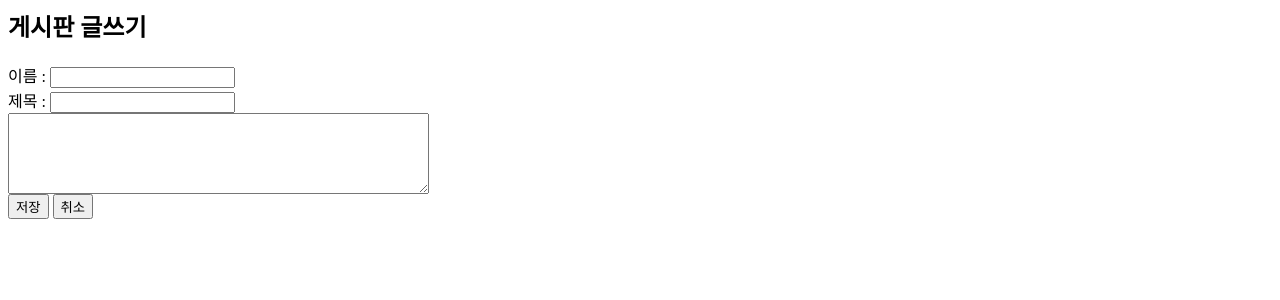
Repository: daelong/WebProject
Page: http://localhost/webproject/QnABoard.jsp
These files come from the project's save history. The page is drawn as it stood at one moment and after the next save; the edit follows.
The browser window is 1280 px wide. The pictures show the whole page.
The page is served by Tomcat 9. Other server files are loaded and not shown.

Above is the page before, as saved 2019-04-02 08:26:31.

### webproject/WebContent/QnABoard.jsp
<%@ page contentType="text/html; charset=EUC-KR"%>
<html>
<head>
<meta charset="EUC-KR">
<title>QnA게시판</title>
</head>
<body>
	<h2>게시판 글쓰기</h2>
		<form action=QnAPost.jsp method=post>
			이름 : <input type=text name=NAME><br>
			제목 : <input type=text name=TITLE><br>
			<textarea rows="5" cols="50" name=CONTENT></textarea><br>
			<input type=submit value='저장'>
			<input type=reset value='취소'>
		</form>
</body>
</html>

After the next save:
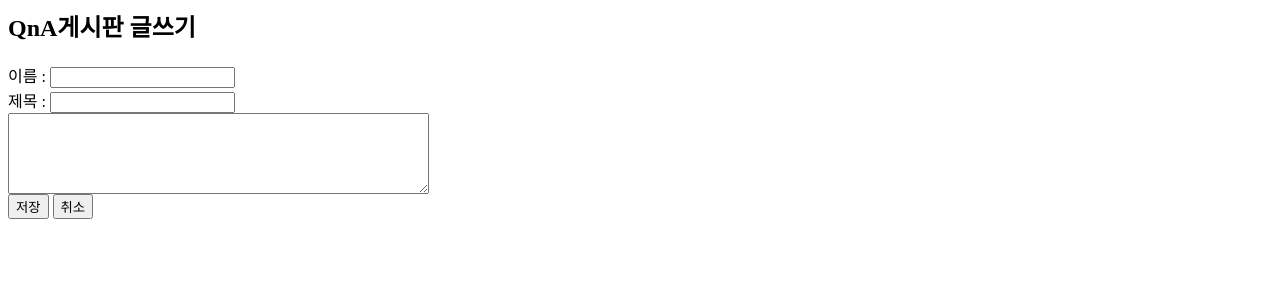
Saved 58 s later.
--- a/webproject/WebContent/QnABoard.jsp
+++ b/webproject/WebContent/QnABoard.jsp
@@ -5,7 +5,7 @@
 <title>QnA게시판</title>
 </head>
 <body>
-	<h2>게시판 글쓰기</h2>
+	<h2>QnA게시판 글쓰기</h2>
 		<form action=QnAPost.jsp method=post>
 			이름 : <input type=text name=NAME><br>
 			제목 : <input type=text name=TITLE><br>
